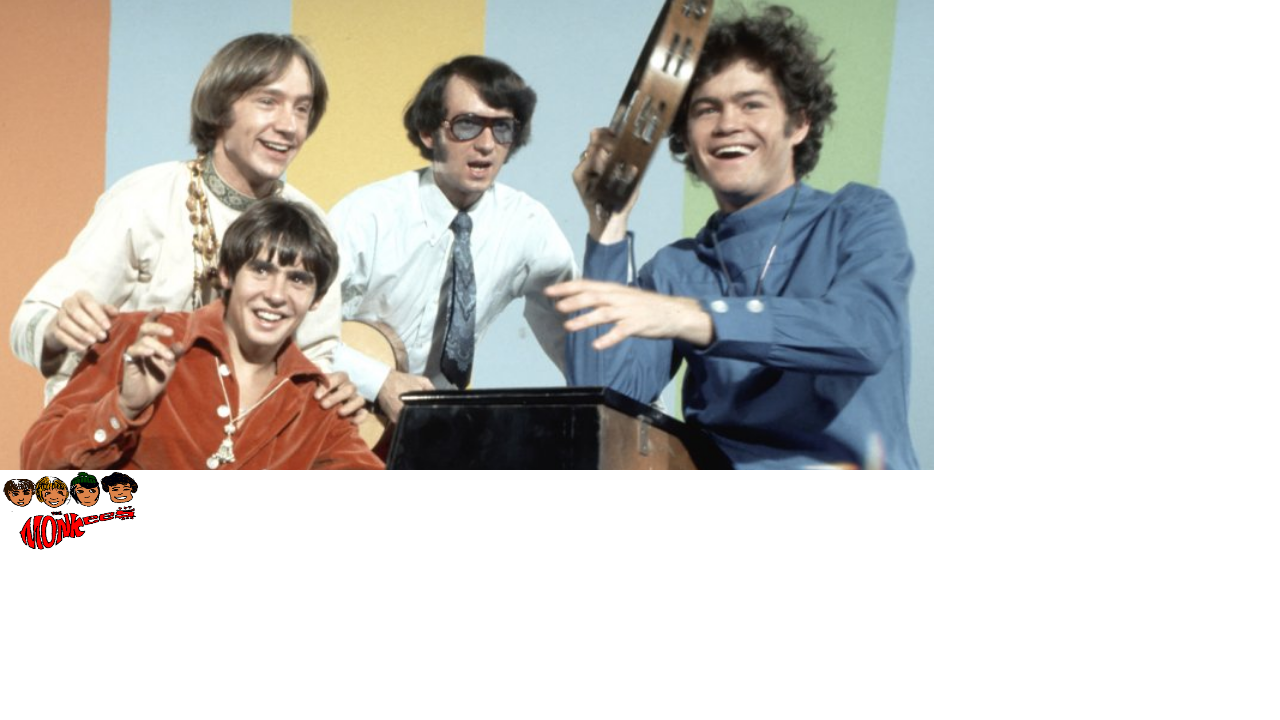
Repository: stu1612/Milestone-Project-Stu-Bolderson
Page: mock-header/mh.html
The author's editor kept a record of every edit. The page is drawn from the files as they stood at one moment, then again after the next edit.
The browser window is 1280 px wide. The pictures show the whole page.
Some web libraries are served in a nearby version.

Above is the page before.

After the next edit:
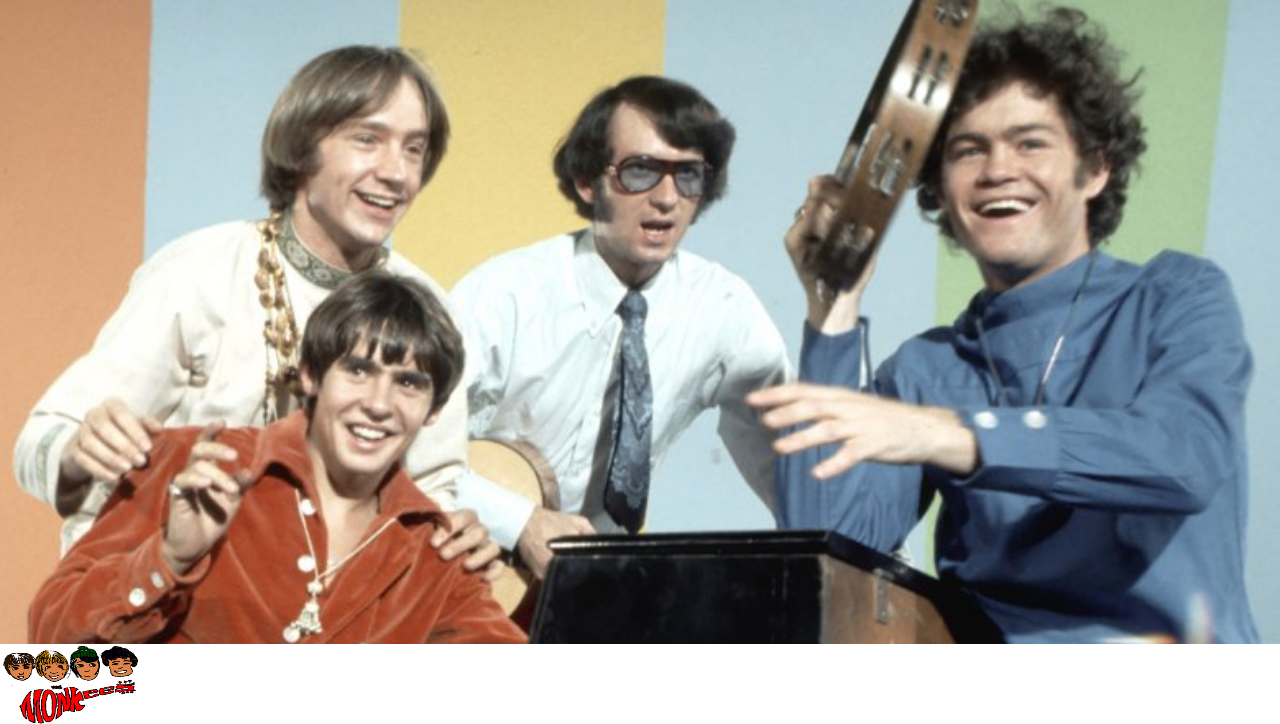
The edit:
--- a/mock-header/mh.html
+++ b/mock-header/mh.html
@@ -49,7 +49,7 @@
 
     <div class="container-fluid">
         <div class="row">
-            <div class="holder">
+
                 <img class='img-fluid w-100' src="../assets/images/cover4.jpg" alt="" />
                 <img src="../assets/images/cover2.png" width="150" height="80" alt="" class="image-logo">
             </div>
